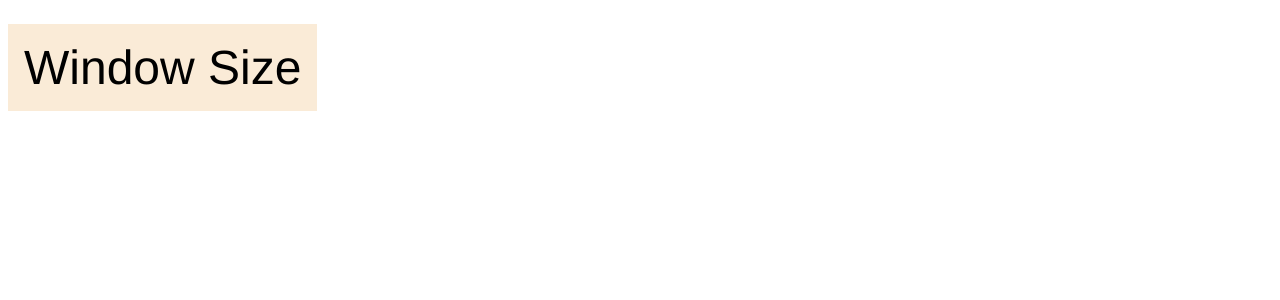
Repository: sephinejo/frontend-browser-101
Page: browser/window_size.html
An editor plug-in stored every save of this project. The page is shown before and after the next save, followed by the edit.
The browser window is 1280 px wide. The pictures show the whole page.

Above is the page before, as saved 2023-05-10 12:13:18.

After the next save:
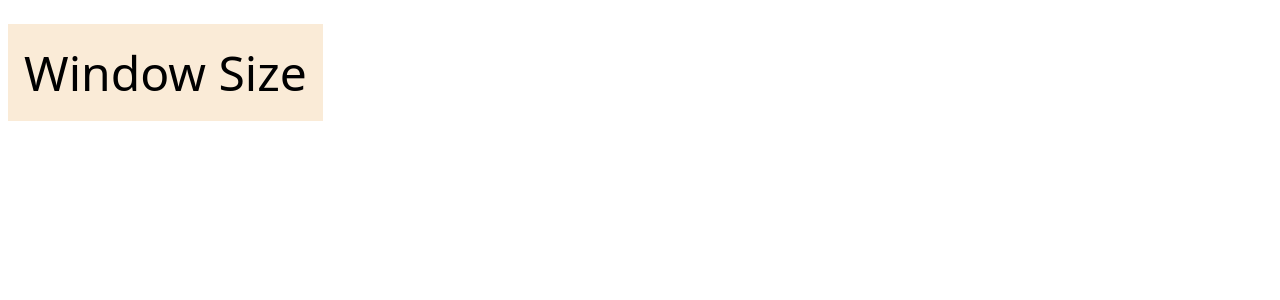
Saved 12 s later.
--- a/browser/window_size.html
+++ b/browser/window_size.html
@@ -12,7 +12,9 @@
         padding: 16px;
         margin-top: 16px;
         font-size: 48px;
-        font-family: 'Franklin Gothic Medium', 'Arial Narrow', Arial, sans-serif;
+        font-family: system-ui, -apple-system, BlinkMacSystemFont, 'Segoe UI',
+          Roboto, Oxygen, Ubuntu, Cantarell, 'Open Sans', 'Helvetica Neue',
+          sans-serif;
       }
     </style>
   </head>
